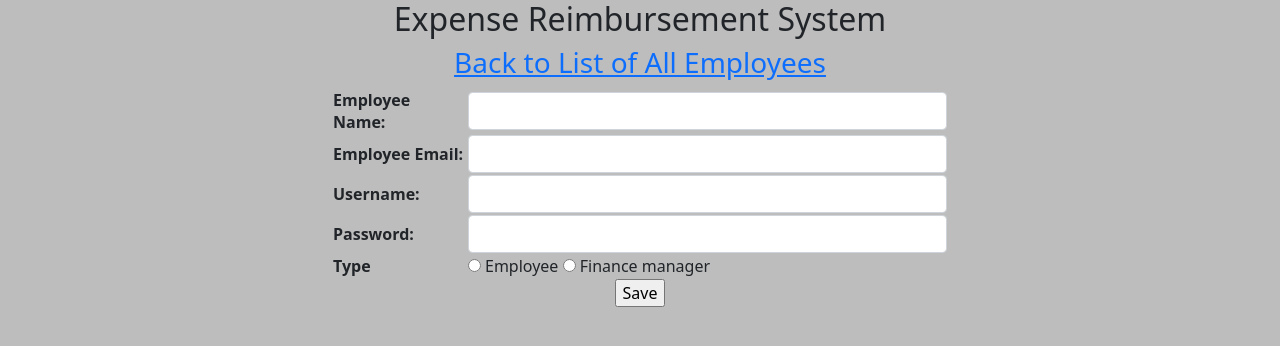
Repository: CCunningham0/project1
Page: http://localhost/reimbursement/employee-form.jsp
The author's editor kept a copy of each file at every save. The page is drawn from the files as they stood at one save, then again after the next save.
The browser window is 1280 px wide. The pictures show the whole page.
The page is served by Tomcat 10.

Above is the page before, as saved 2021-09-08 00:41:21.

After the next save:
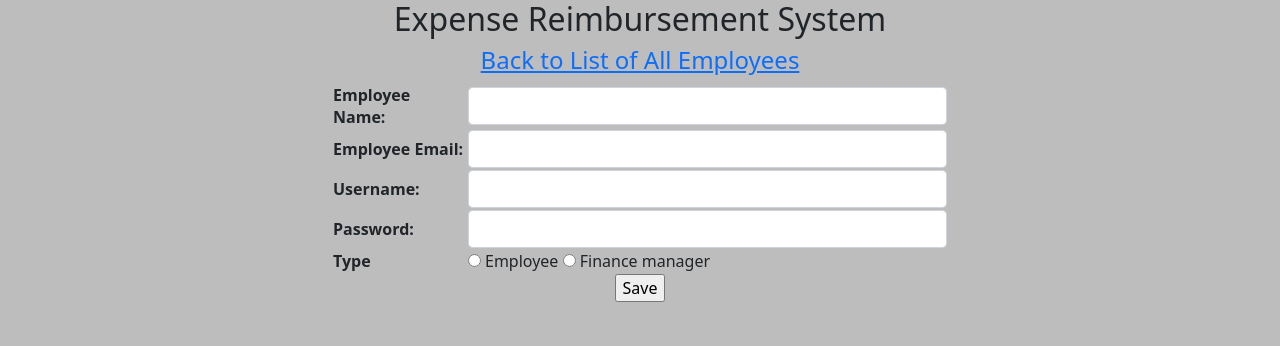
Saved 95 s later.
--- a/reimbursement/src/main/webapp/employee-form.jsp
+++ b/reimbursement/src/main/webapp/employee-form.jsp
@@ -18,9 +18,9 @@
 	<div class="col-md-3"></div>
 	<div class="col-md-6" style="text-align:center;" >
 	 <h2>Expense Reimbursement System</h2>
-        <h3>
+        <h4>
          <a href="employee-list.jsp">Back to List of All Employees</a>
-        </h3>
+        </h4>
 
 
 	<form action="http://localhost:8080/reimbursement/EmployeeServlet?action=add" method="post">
